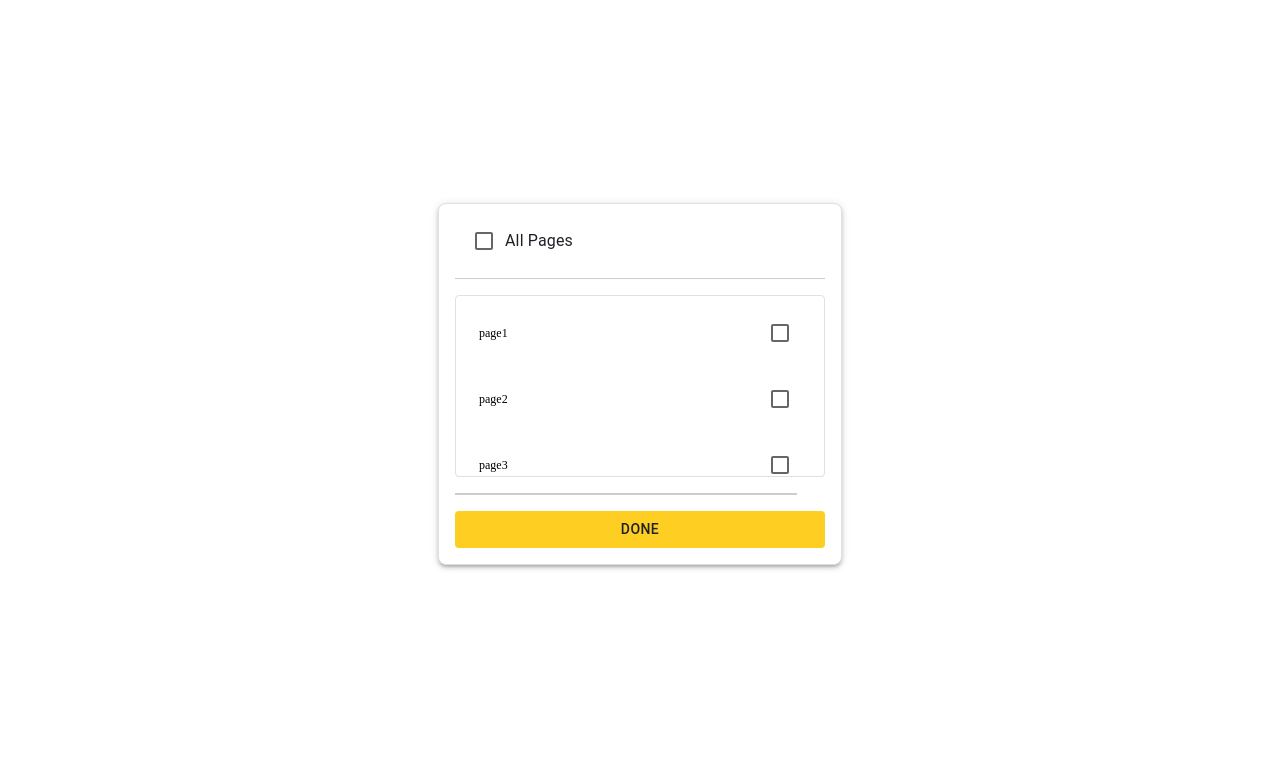
Repository: Tabishhaider72/Ellty-Test
Page: /
These files come from the project's save history. The page is drawn as it stood at one moment and after the next save; the edit follows.
The browser window is 1280 px wide. The pictures show the whole page.
The project was rebuilt for these pictures with package versions that can differ from the ones it lists, and the page was loaded fresh each time. Also part of the build but not shown: vite.config.js, src/index.css.

Above is the page before, as saved 2024-08-28 15:29:17.

### src/App.jsx
import React, { useState } from 'react';
import Box from '@mui/material/Box';
import Checkbox from '@mui/material/Checkbox';
import FormControlLabel from '@mui/material/FormControlLabel';
import Button from '@mui/material/Button';

function PageSelector() {
  const [allChecked, setAllChecked] = useState(false);
  const [pages, setPages] = useState({
    page1: false,
    page2: false,
    page3: false,
    page4: false,
  });

  const handleAllCheck = () => {
    const newCheckedStatus = !allChecked;
    setAllChecked(newCheckedStatus);
    setPages({
      page1: newCheckedStatus,
      page2: newCheckedStatus,
      page3: newCheckedStatus,
      page4: newCheckedStatus,

    });
  };

  const handlePageCheck = (page) => {
    const newPages = { ...pages, [page]: !pages[page] };
    setPages(newPages);
    setAllChecked(Object.values(newPages).every((val) => val === true));
  };

  return (
    <Box
      sx={{
        display: 'flex',
        justifyContent: 'center',
        alignItems: 'center',
        height: '100vh',
        padding: 2,
      }}
    >
      <Box
        sx={{
          width: 370,
          backgroundColor: 'white',
          border: '1px solid',
          borderColor: 'grey.300',
          boxShadow: 3,
          borderRadius: 2,
          p: 2,
          display: 'flex',
          flexDirection: 'column',
        }}
      >
        <Box
          sx={{
            display: 'flex',
            justifyContent: 'space-between',
            alignItems: 'center',
            mb: 2,
          }}
        >
          <Box sx={{ flex: 1 }}>
            <FormControlLabel
              control={
                <Checkbox
                  checked={allChecked}
                  onChange={handleAllCheck}
                  color="primary"
                />
              }
              label="All Pages"
              sx={{
                fontFamily: 'Montserrat',
                fontWeight: 400,
                fontSize: '12px', // Smaller font size
                color: '#1F2128',
                margin: 0,
                ml: 1,
              }}
            />
          </Box>
        </Box>
        <Box
          sx={{
            width: '100%',
            borderBottom: '0.7px solid #CDCDCD',
            mb: 2,
          }}
        />
        <Box
          sx={{
            overflowY: 'auto',
            height: 164,
            mb: 2,
            border: '1px solid',
            borderColor: 'grey.300',
            borderRadius: 1,
            p: 1,
          }}
        >
          {Object.keys(pages).map((page) => (
            <Box
              key={page}
              sx={{
                display: 'flex',
                justifyContent: 'space-between',
                alignItems: 'center',
                p: '8px 15px',
                mb: 1,
                backgroundColor: 'white',
                fontSize: '12px', // Smaller font size
              }}
            >
              <Box sx={{ flex: 1 }}>{page}</Box>
              <Checkbox
                checked={pages[page]}
                onChange={() => handlePageCheck(page)}
                color="primary"
              />
            </Box>
          ))}
        </Box>
        {/* Added line */}
        <Box
          sx={{
            width: 340,
            height: 0,
            border: '0.7px solid #CDCDCD',
            mb: 2,
            flex: 'none',
            order: 0,
            flexGrow: 0,
          }}
        />
        <Box sx={{ mt: 'auto' }}>
          <Button
            variant="contained"
            sx={{
              width: '100%',
              borderRadius: 1,
              backgroundColor: '#FFCE22', // Website color/Orange
              color: '#1F2128', // Black color
              boxShadow: 'none', // Remove shadow
              '&:hover': {
                backgroundColor: '#FFD84D', // Lighter Orange color
                boxShadow: 'none', // Remove shadow on hover
              },
            }}
          >
            Done
          </Button>
        </Box>
      </Box>
    </Box>
  );
}

export default PageSelector;

Loaded but not shown: index.html (common file); src/main.jsx (common file)

After the next save:
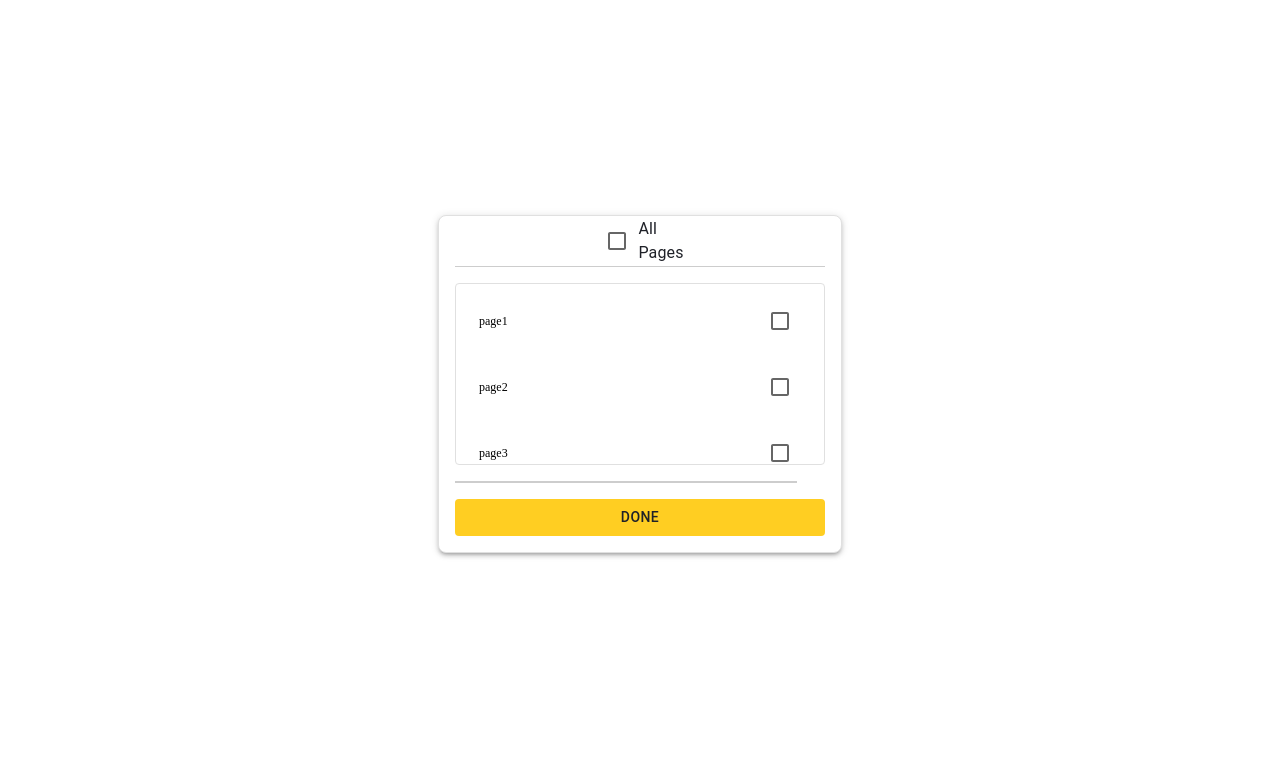
Saved 2 min 38 s later.
--- a/src/App.jsx
+++ b/src/App.jsx
@@ -10,7 +10,6 @@ function PageSelector() {
     page1: false,
     page2: false,
     page3: false,
-    page4: false,
   });
 
   const handleAllCheck = () => {
@@ -20,8 +19,6 @@ function PageSelector() {
       page1: newCheckedStatus,
       page2: newCheckedStatus,
       page3: newCheckedStatus,
-      page4: newCheckedStatus,
-
     });
   };
 
@@ -57,31 +54,34 @@ function PageSelector() {
         <Box
           sx={{
             display: 'flex',
-            justifyContent: 'space-between',
+            justifyContent: 'flex-end',
             alignItems: 'center',
             mb: 2,
           }}
         >
-          <Box sx={{ flex: 1 }}>
-            <FormControlLabel
-              control={
-                <Checkbox
-                  checked={allChecked}
-                  onChange={handleAllCheck}
-                  color="primary"
-                />
-              }
-              label="All Pages"
-              sx={{
-                fontFamily: 'Montserrat',
-                fontWeight: 400,
-                fontSize: '12px', // Smaller font size
-                color: '#1F2128',
-                margin: 0,
-                ml: 1,
-              }}
-            />
-          </Box>
+          <FormControlLabel
+            control={
+              <Checkbox
+                checked={allChecked}
+                onChange={handleAllCheck}
+                color="primary"
+              />
+            }
+            label="All Pages"
+            sx={{
+              fontFamily: 'Montserrat',
+              fontStyle: 'normal',
+              fontWeight: 400,
+              fontSize: '14px',
+              lineHeight: '130%',
+              color: '#1F2128',
+              margin: '0 auto',
+              width: '64px',
+              height: '18px',
+              display: 'flex',
+              justifyContent: 'center',
+            }}
+          />
         </Box>
         <Box
           sx={{
@@ -114,7 +114,7 @@ function PageSelector() {
                 fontSize: '12px', // Smaller font size
               }}
             >
-              <Box sx={{ flex: 1 }}>{page}</Box>
+              <Box sx={{ flex: 1, textAlign: 'left' }}>{page}</Box>
               <Checkbox
                 checked={pages[page]}
                 onChange={() => handlePageCheck(page)}
@@ -135,7 +135,13 @@ function PageSelector() {
             flexGrow: 0,
           }}
         />
-        <Box sx={{ mt: 'auto' }}>
+        <Box
+          sx={{
+            display: 'flex',
+            justifyContent: 'center',
+            mt: 'auto',
+          }}
+        >
           <Button
             variant="contained"
             sx={{
